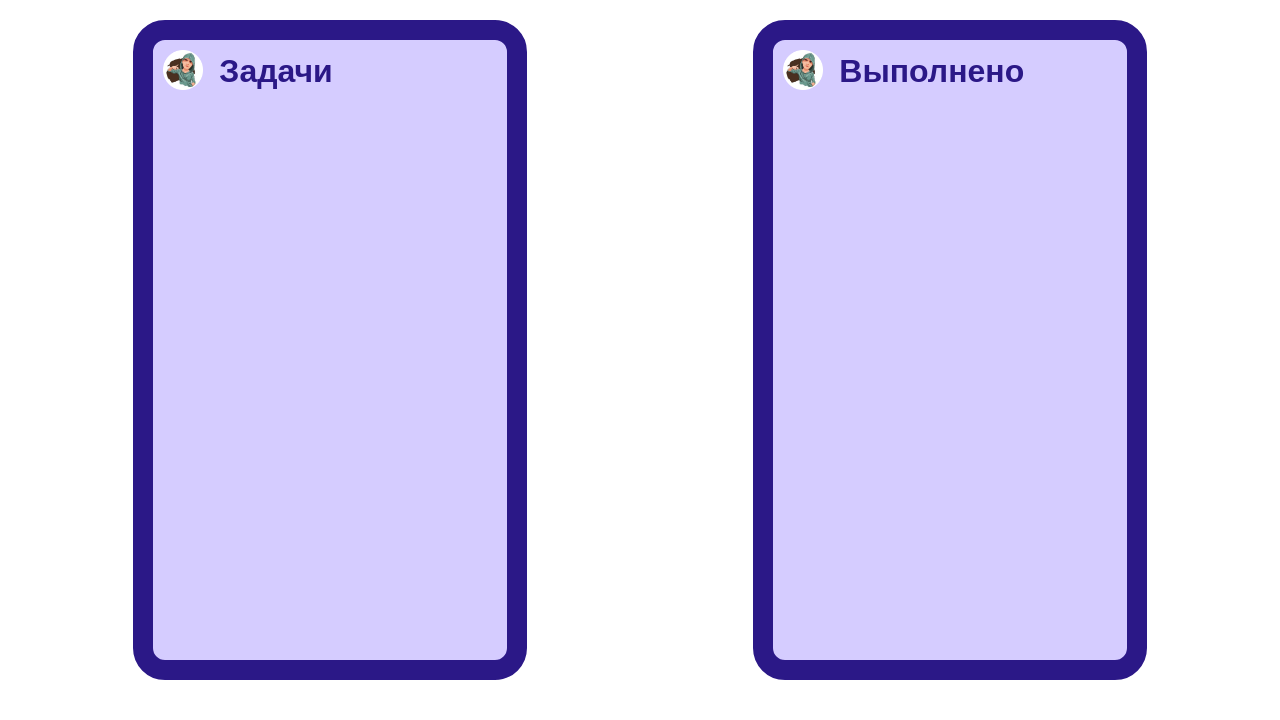
Repository: VitasYo/Kanban
Page: index.html
These files come from the project's save history. The page is drawn as it stood at one moment and after the next save; the edit follows.
The browser window is 1280 px wide. The pictures show the whole page.

Above is the page before, as saved 2024-04-11 11:59:03.

After the next save:
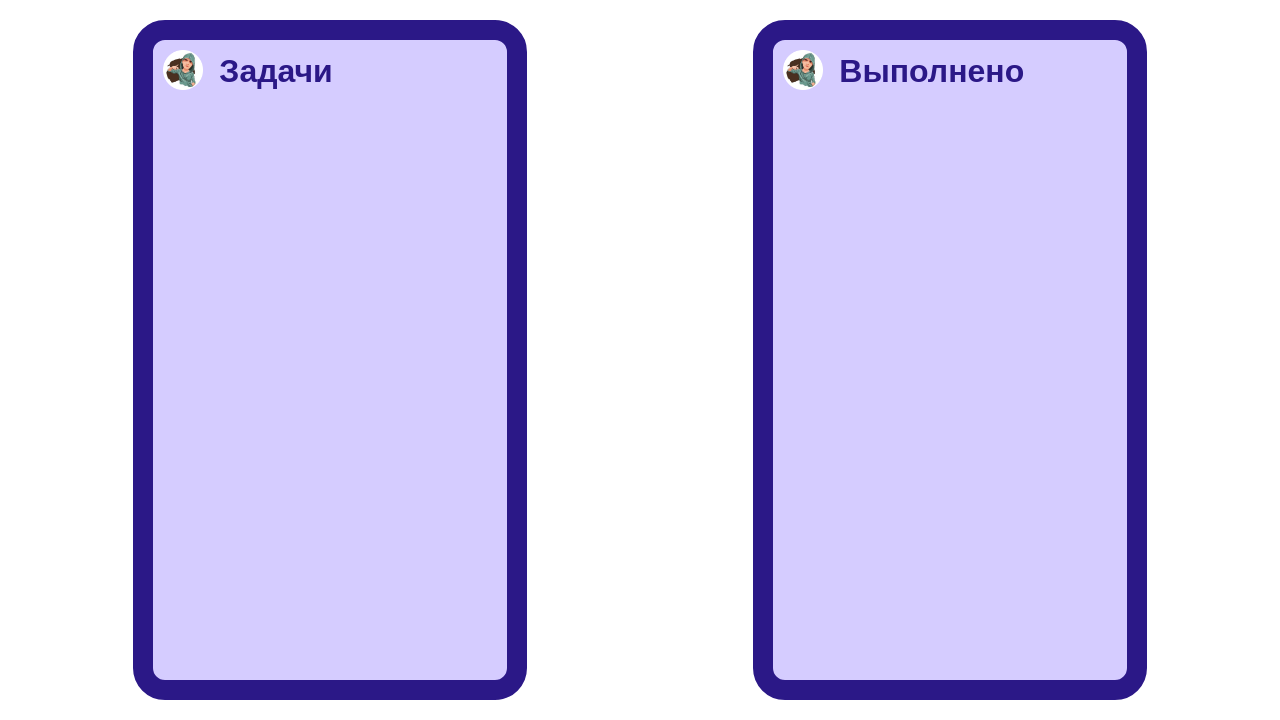
Saved 42 s later.
--- a/src/assets/css/component/_kanban.css
+++ b/src/assets/css/component/_kanban.css
@@ -12,7 +12,6 @@
     border-radius: 32px;
     border: 20px solid #2B1887;
     padding: 10px;
-    margin: 0 10px 20px;
 
 }
 

After the save that followed:
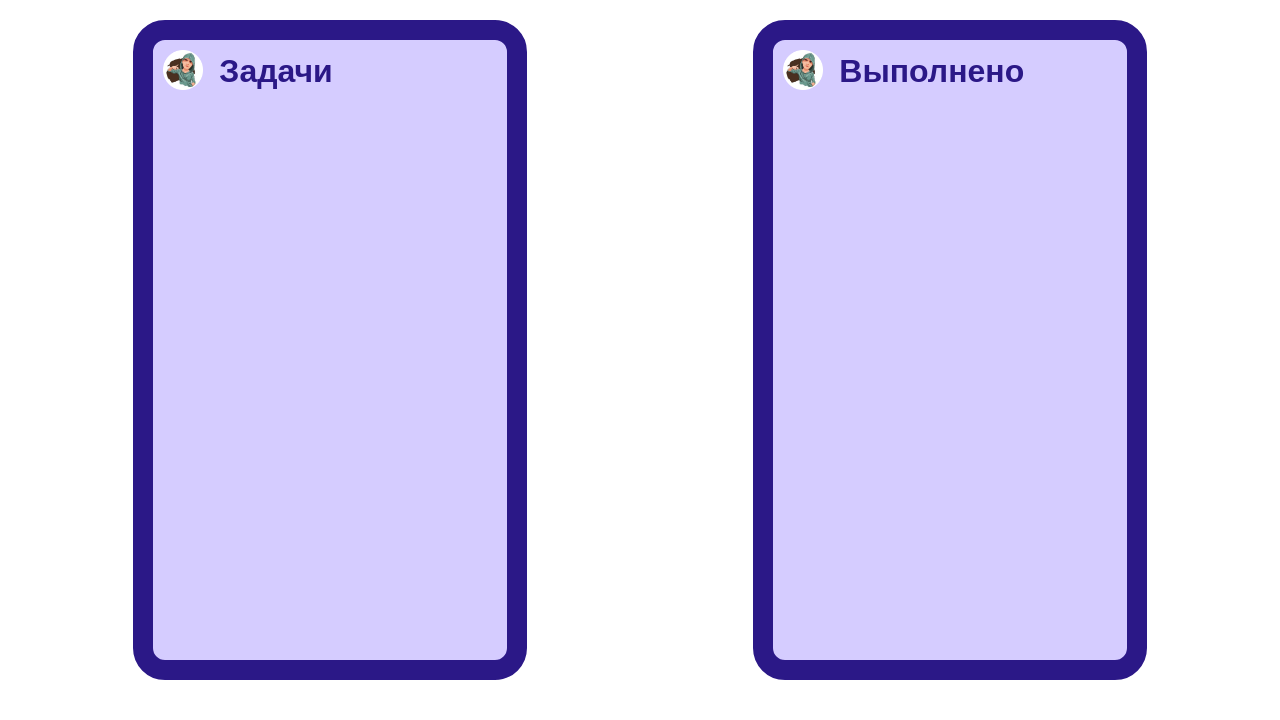
Saved 4 s later.
--- a/src/assets/css/component/_kanban.css
+++ b/src/assets/css/component/_kanban.css
@@ -12,6 +12,7 @@
     border-radius: 32px;
     border: 20px solid #2B1887;
     padding: 10px;
+    margin: 0 10px 20px;
 
 }
 
